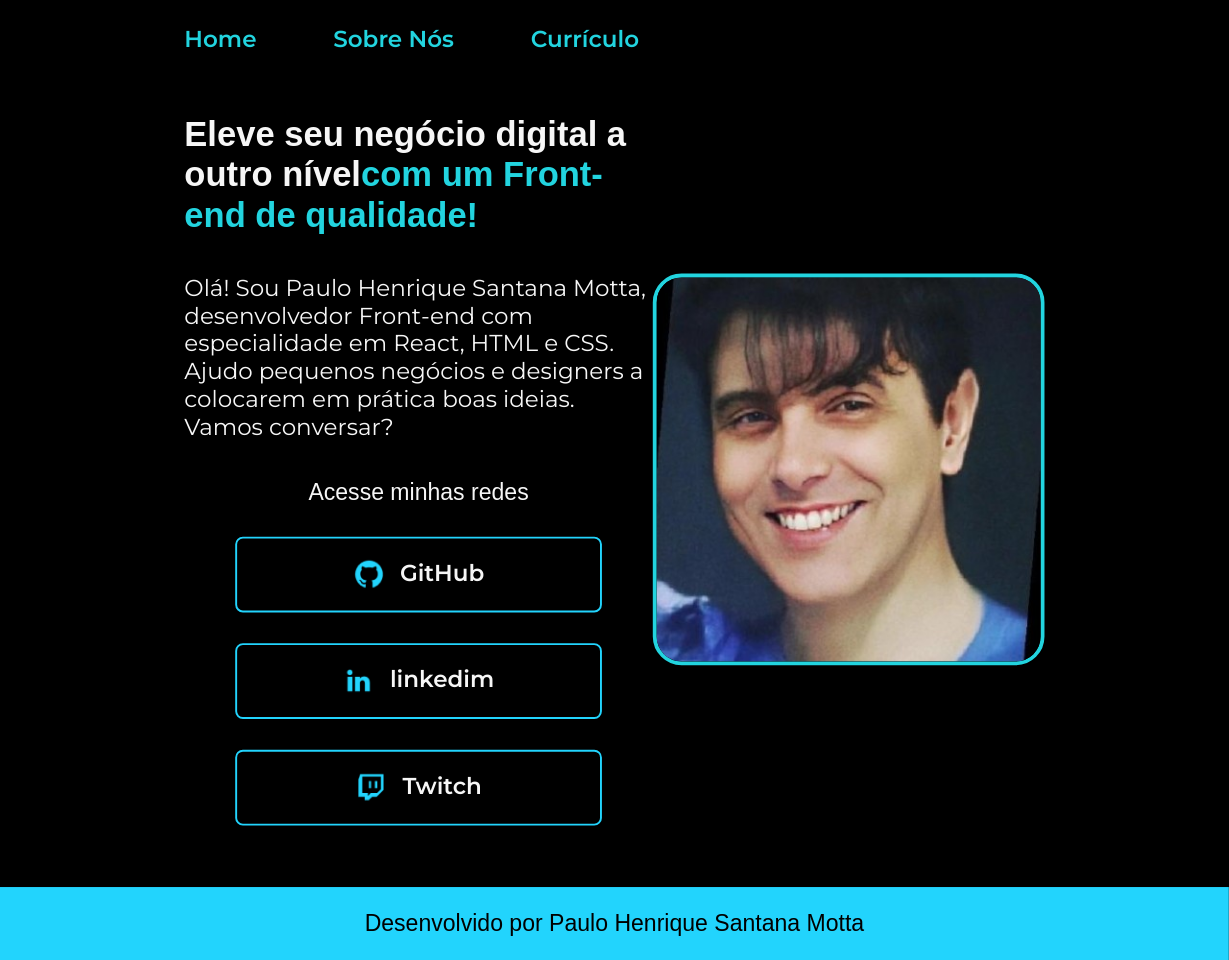
Repository: phsmottanerd/projeto-portfolio-alura
Page: index.html
The author's editor kept a copy of each file at every save. The page is drawn from the files as they stood at one save, then again after the next save.
The browser window is 1280 px wide. The pictures show the whole page, at 96% of full size.
Some web fonts or font styles are not loaded; a fallback is used.

Above is the page before, as saved 2025-01-28 01:22:32.

### index.html
<!DOCTYPE html>
<html lang="pt-br">
  <head>
    <meta charset="UTF-8" />
    <meta http-equiv="X-UA-Compatible" content="IE=edge" />
    <meta name="viewport" content="width=device-width, initial-scale=1.0" />
    <title>Portifolio</title>
    <link rel="stylesheet" href="./estilos/style.css" />
  </head>

  <body>
    <header class="cabecalho">
      <nav class="cabecalho__menu">
        <a class="cabecalho__menu__link" href="index.html">Home</a>
        <a class="cabecalho__menu__link" href="about.html">Sobre Nós</a>
        <a class="cabecalho__menu__link">Currículo</a>
      </nav>
    </header>
    <main class="apresentacao">
      <section class="apresentacao__conteudo">
        <h1 class="apresentacao__conteudo__titulo">
          Eleve seu negócio digital a outro nível<strong class="titulo-destaque"
            >com um Front-end de qualidade!
          </strong>
        </h1>
        <p class="apresentacao__conteudo__texto">
          Olá! Sou Paulo Henrique Santana Motta, desenvolvedor Front-end com especialidade em
          React, HTML e CSS. Ajudo pequenos negócios e designers a colocarem em
          prática boas ideias. Vamos conversar?
        </p>
        <div class="apresentacao__links">
          <h2 class="apresentacao__links__subtitulo">Acesse minhas redes</h2>
          <a
            class="apresentacao__links__link"
            href="https://github.com/phsmottanerd"
          >
            <img src="./img/github.png" />
            GitHub
          </a>
          <a
            class="apresentacao__links__link"
            href="https://linkedim.com/phsmottanerd"
          >
            <img src="./img/linkedin.png" />
            linkedim
          </a>
          <a class="apresentacao__links__link" href="https://.com/phsmottanerd">
            <img src="./img/twitch.png" />
            Twitch
          </a>
        </div>
      </section>
      <img class="img-foto" src="./img/1722867171561.jpg" alt="Paulo Henrique Santana Motta  programandor" />
    </main>
    <footer class="rodape">
      <p>Desenvolvido por Paulo Henrique Santana Motta</p>
    </footer>
  </body>
</html>

### estilos/style.css
@import url('https://fonts.googleapis.com/css2?family=Krona+One&family=Montserrat:wght@400;600&display=swap');

:root{

    --cor-primaria:#000000;
--cor-secundaria:#f6f6f6;
--cor-terciaria: #22D4DF;

}

*{
    margin: 0;
    padding: 0;
}

body{

    box-sizing: border-box;
    background-color: var(--cor-primaria);
    color: var(--cor-secundaria);
}
.cabecalho{
padding: 2%  0%  0%  15%;


}
.cabecalho__menu{

    display:flex;
    gap:80px;
}

.cabecalho__menu__link{

    font-family:'Montserrat',sans-serif;
    font-size:24px;
    font-weight:600;
    color:var(--cor-terciaria);
    text-decoration:none;
}

.titulo-destaque{
    color: var(--cor-terciaria);
}

.apresentacao{
    padding: 5% 15%;
    display: flex;
    align-items: center;
    justify-content: space-between;
}
.apresentacao__conteudo{
    width: 615px;
    display: flex;
    flex-direction: column;
    gap: 40px;
}

.apresentacao__conteudo__titulo{
    font-size: 36px;
    font-family: 'Krona One', sans-serif;
}

.apresentacao__conteudo__texto{
    font-size: 24px;
    font-family: 'Montserrat', sans-serif;
}

.apresentacao__links{
    display: flex;
    flex-direction: column;
    justify-content: space-between;
    align-items: center;
    gap: 32px;
}
.apresentacao__links__subtitulo{
    font-family: 'Krona One', sans-serif;
    font-weight: 400;
    font-size: 24px;
}
.apresentacao__links__link{

    /* background-color: #22D4FD; */
    justify-content:center;
    gap:16px;
    display:flex;
    border: 2px solid #22D4FD;
    width: 378px;
    text-align: center;
    border-radius: 8px;
    font-size: 24px;
    font-weight: 600;
    padding: 21.5px 0;
    text-decoration: none;
    color: #F6F6F6;
    font-family: 'Montserrat', sans-serif;
}
.apresentacao__links__link:hover{

background-color:#272727;

}
.rodape{
padding: 24px;
color:#000;
background-color:#22D4FD;
text-align:center;
font-family:"Montsearrat",sans-serif;
 font-size: 24px;
 font-weight: 400;
}
.img-foto{
border-radius:30px;
border: 4px solid #22D4DF;
width: 500px;
heighit: 500px;
}

After the next save:
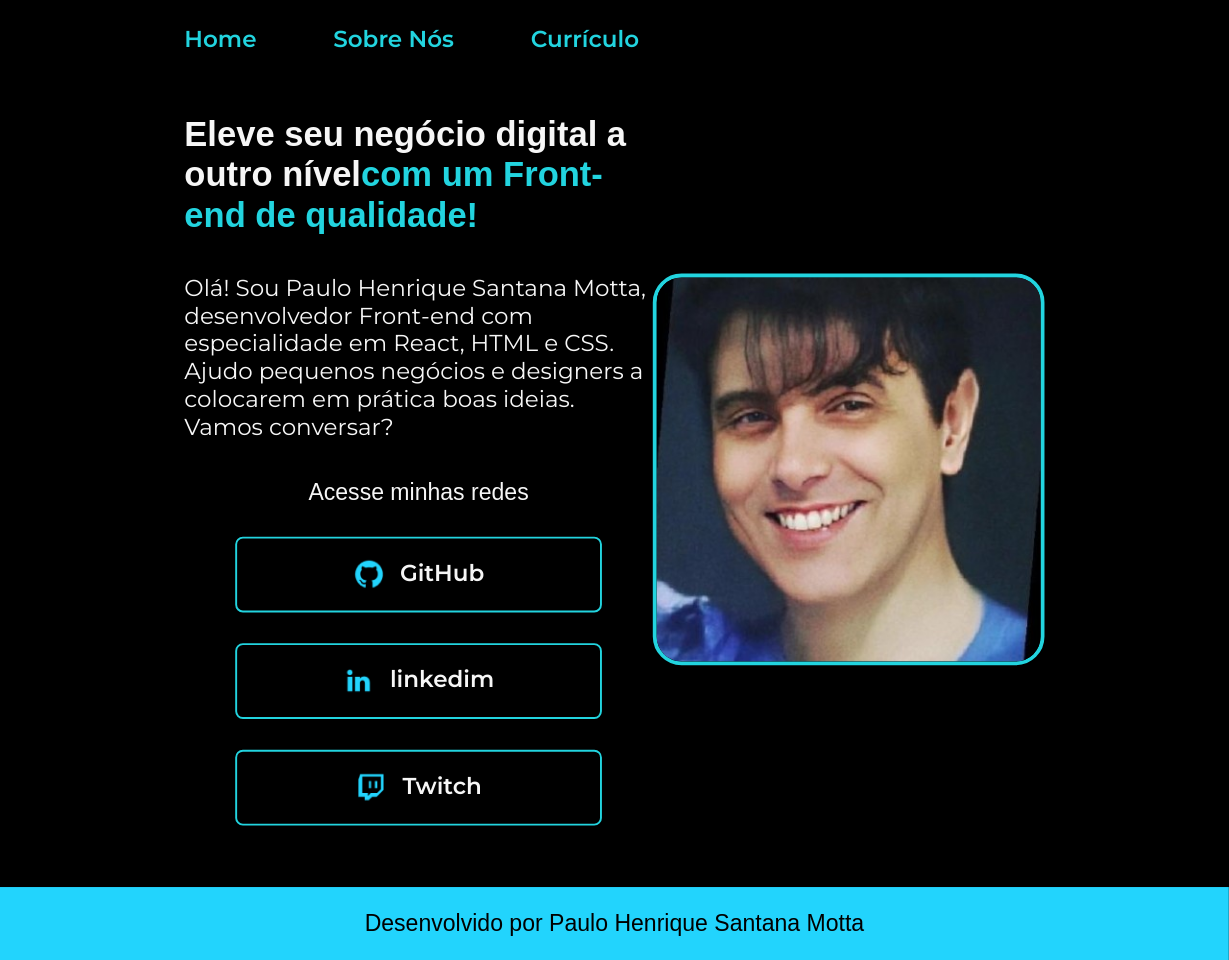
Saved 27 s later.
--- a/estilos/style.css
+++ b/estilos/style.css
@@ -84,7 +84,7 @@ padding: 2%  0%  0%  15%;
     justify-content:center;
     gap:16px;
     display:flex;
-    border: 2px solid #22D4FD;
+    border: 2px solid var(--cor-terciaria);
     width: 378px;
     text-align: center;
     border-radius: 8px;
